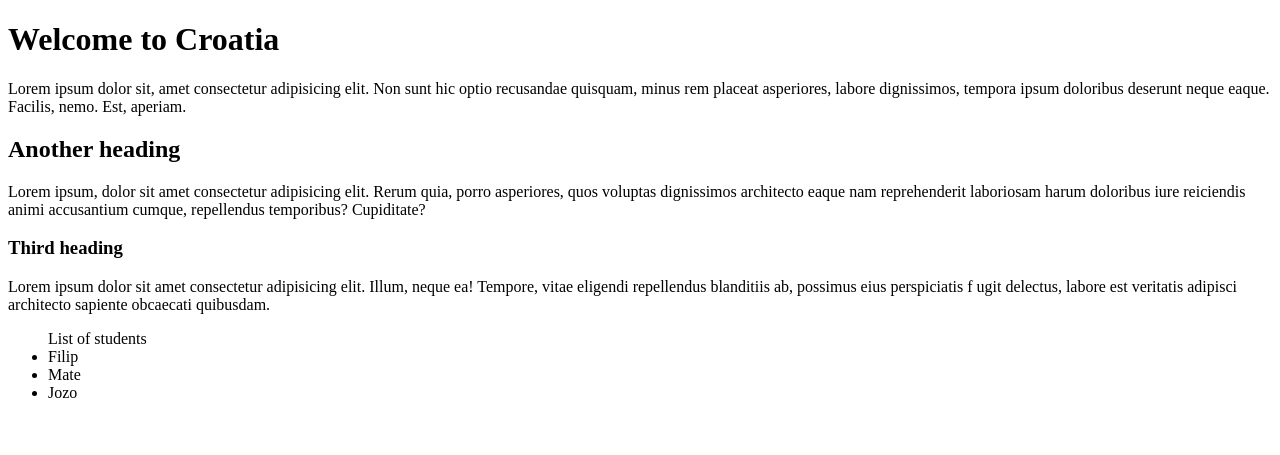
Repository: Filip-Husic/AW_frontend
Page: ex1.html
These files come from the project's save history. The page is drawn as it stood at one moment and after the next save; the edit follows.
The browser window is 1280 px wide. The pictures show the whole page.

Above is the page before, as saved 2022-11-23 09:38:20.

### ex1.html
<!DOCTYPE html>
<html lang="en">
    <head>
        <meta charset="UTF-8">
        <meta http-equiv="X-UA-Compatible" content="IE=edge">
        <meta name="viewport" content="width=device-width, initial-scale=1.0">
        <title>An original title</title>
    </head>

    <body>
        <!-- headings h1-h6 -->
        <h1>Welcome to Croatia</h1>
        <p>Lorem ipsum dolor sit, amet consectetur adipisicing elit.
        Non sunt hic optio recusandae quisquam, minus rem placeat asperiores,
        labore dignissimos, tempora ipsum doloribus deserunt neque eaque.
        Facilis, nemo. Est, aperiam.</p>

        <h2>Another heading</h2>
        <p>Lorem ipsum, dolor sit amet consectetur adipisicing elit.
            Rerum quia, porro asperiores, quos voluptas dignissimos architecto eaque
            nam reprehenderit laboriosam harum doloribus iure reiciendis animi accusantium cumque,
            repellendus temporibus? Cupiditate?</p>

        <h3>Third heading</h3>
            <p>Lorem ipsum dolor sit amet consectetur adipisicing elit. Illum, neque ea!
                Tempore, vitae eligendi repellendus blanditiis ab, possimus eius perspiciatis f
                ugit delectus, labore est veritatis adipisci architecto sapiente obcaecati quibusdam.</p>


        <ul> List of students
            <li>Filip</li>
            <li>Mate</li>
            <li>Jozo</li>
        </ul>
    </body>
</html>

After the next save:
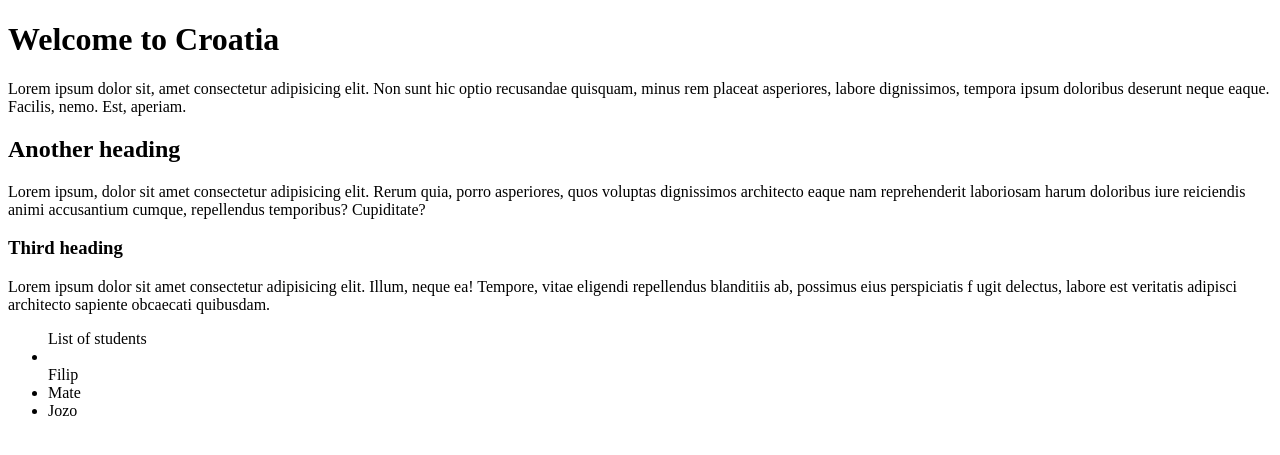
Saved 8 s later.
--- a/ex1.html
+++ b/ex1.html
@@ -28,7 +28,7 @@
 
 
         <ul> List of students
-            <li>Filip</li>
+            <li><br> Filip</li>
             <li>Mate</li>
             <li>Jozo</li>
         </ul>

After the 2 saves that followed:
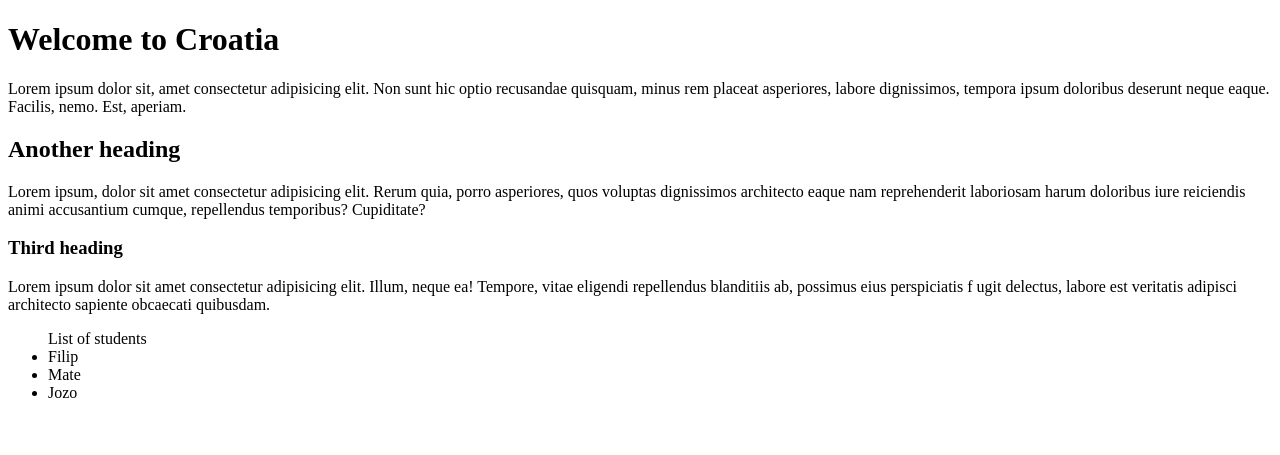
The 2 saves are shown as one change because they came seconds apart.
The last was saved 6 s later.
--- a/ex1.html
+++ b/ex1.html
@@ -28,7 +28,7 @@
 
 
         <ul> List of students
-            <li><br> Filip</li>
+            <li>Filip</li>
             <li>Mate</li>
             <li>Jozo</li>
         </ul>
